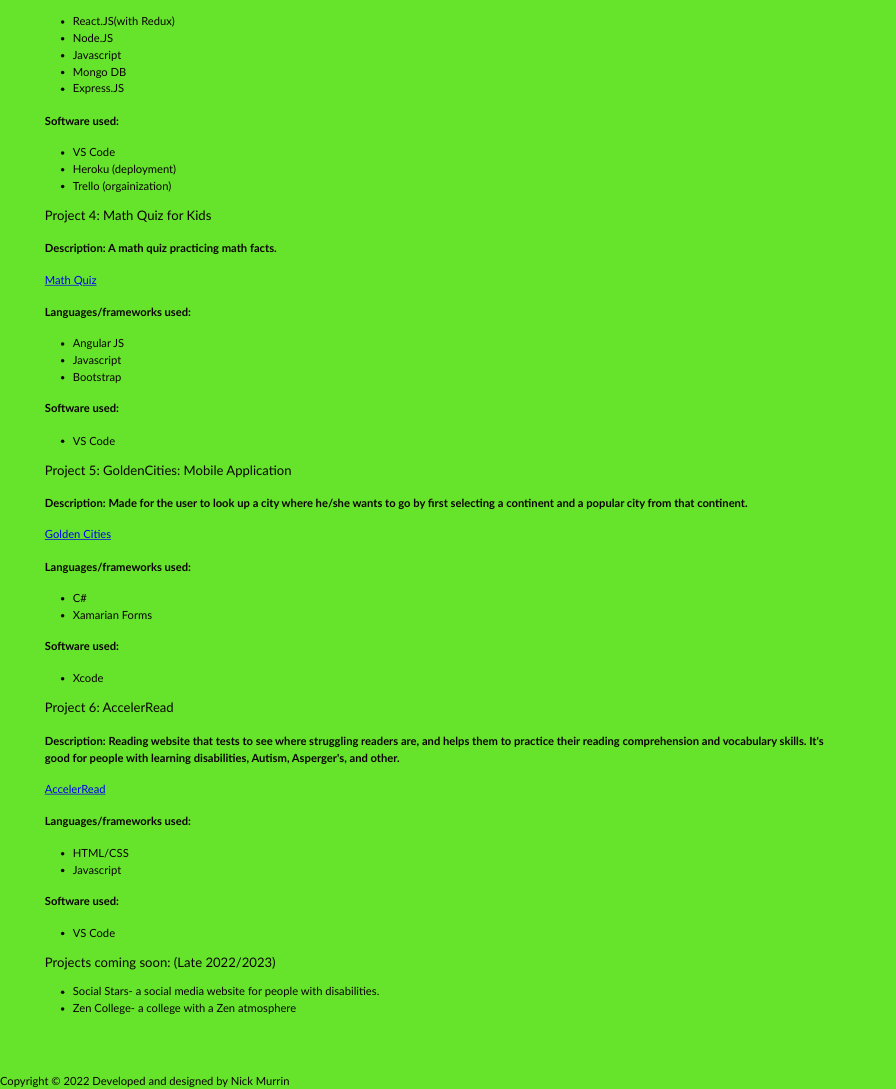
Repository: collegedude9300/modernport
Page: about.html
These files come from the project's save history. The page is drawn as it stood at one moment and after the next save; the edit follows.
The browser window is 1280 px wide. The pictures show the part of the page from y = 1350 to 3270 px (the page is 2906 px tall before and 3270 px after), at 70% of full size.

Above is the page before, as saved 2022-10-21 18:36:01.

After the next save:
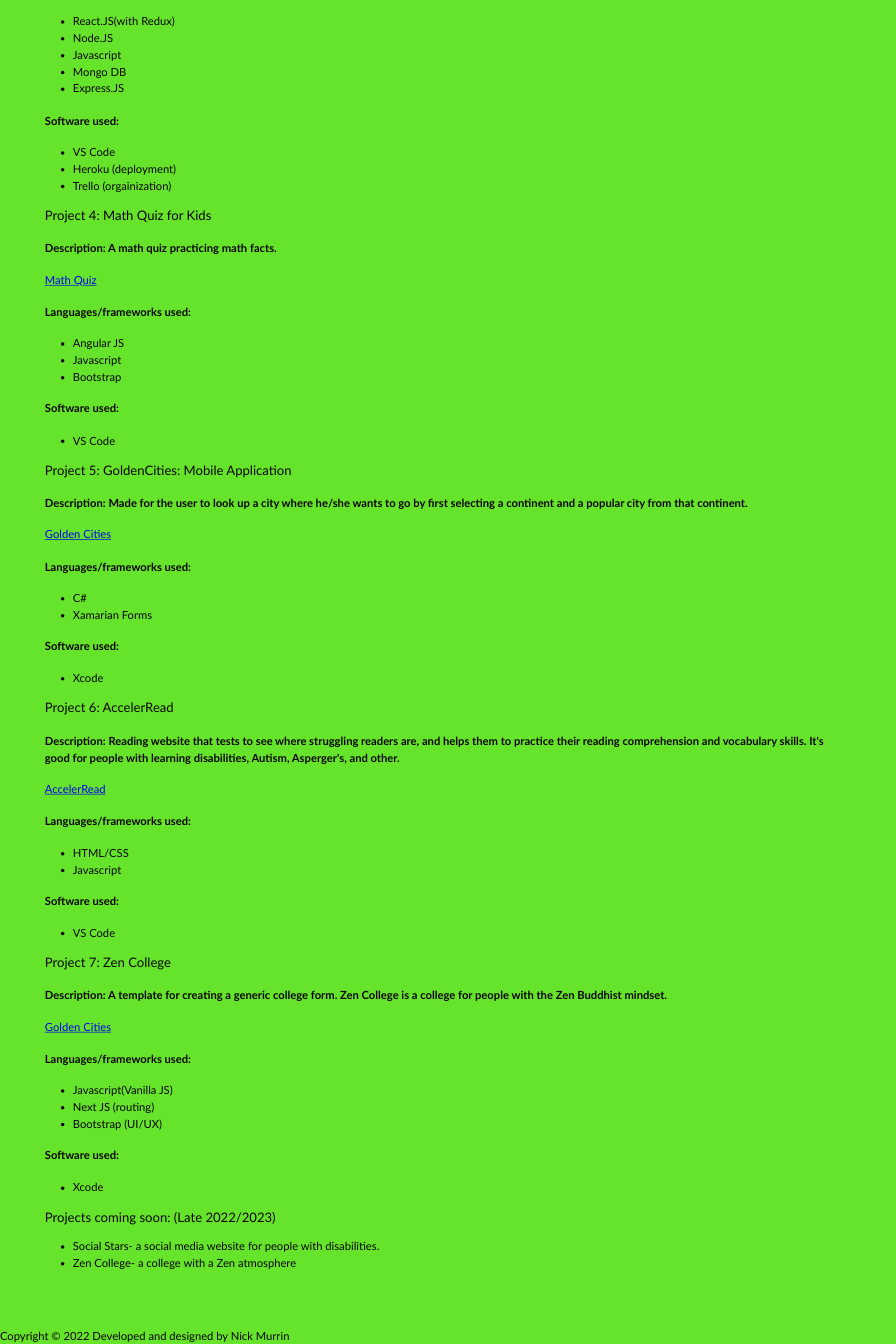
Saved 17 days later.
--- a/about.html
+++ b/about.html
@@ -155,6 +155,22 @@ and helps them to practice their reading comprehension and vocabulary skills.
 </ul>
 </div>
 </div>
+<div class="project7">
+  <h3>Project 7: Zen College</h3>
+  <h4>Description: A template for creating a generic college form. Zen College is a college for people with the Zen Buddhist mindset.</h4>
+  <a href="https://github.com/collegedude9300/goldencity"/> Golden Cities </a>
+<h4> Languages/frameworks used: </h4>
+<ul>
+  <li>Javascript(Vanilla JS)</li>
+  <li>Next JS (routing)</li>
+  <li>Bootstrap (UI/UX)</li>
+</ul>
+<h4> Software used: </h4>
+<ul>
+<li> Xcode  </li>
+</ul>
+</div>
+</div>
 <h3> Projects coming soon: (Late 2022/2023)      </h3>
 <ul>
   <li>Social Stars- a social media website for people with disabilities.</li>
